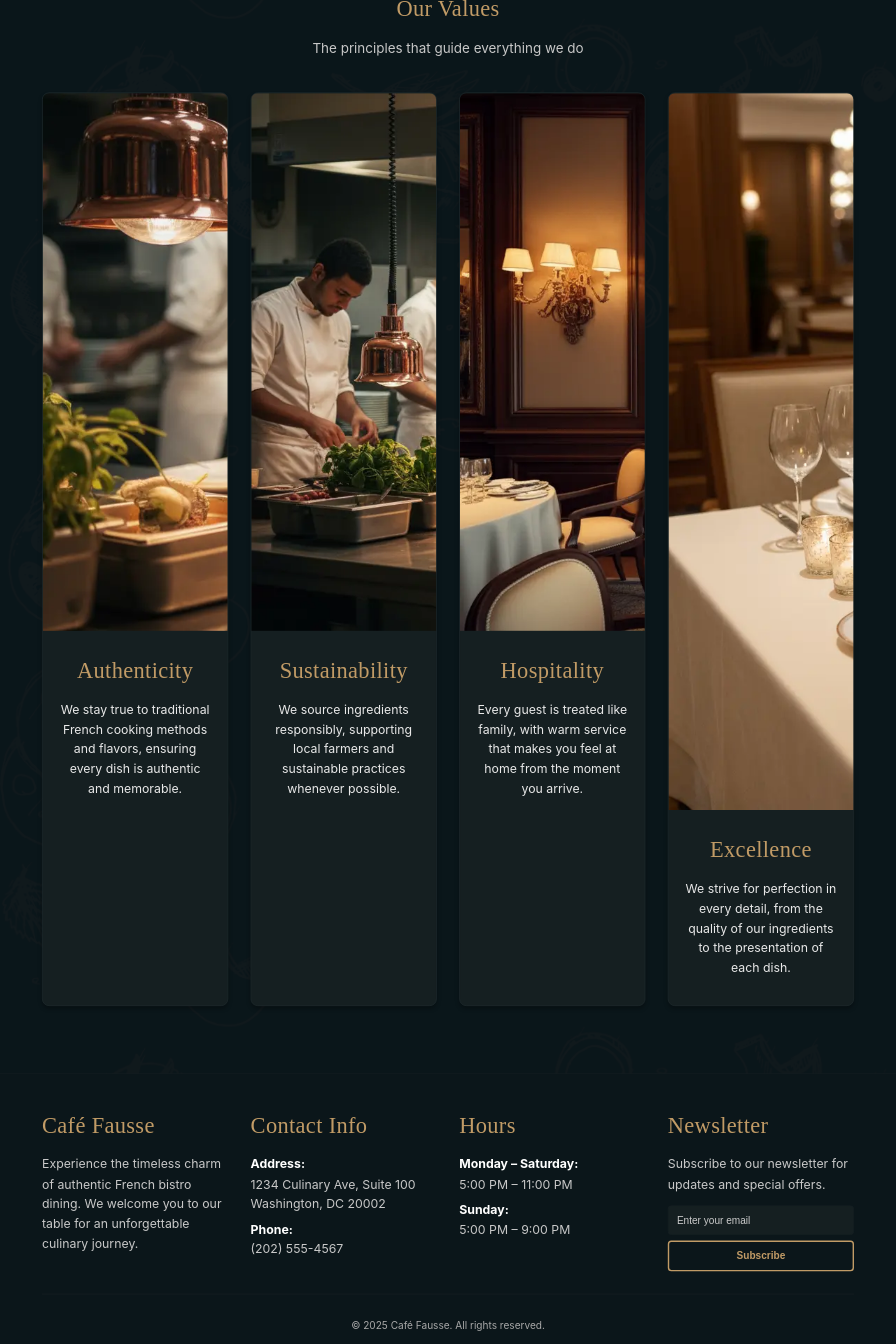
Repository: MatVanDenArt/MSSE-Cafe-Fausse
Page: /about (app in frontend/)
These files come from the project's save history. The page is drawn as it stood at one moment and after the next save; the edit follows.
The browser window is 1280 px wide. The pictures show the part of the page from y = 2923 to 4843 px (the page is 4843 px tall before and 4830 px after), at 70% of full size.
Backgrounds fixed to the window are drawn as part of the page. The project was rebuilt for these pictures with package versions that can differ from the ones it lists, and the page was loaded fresh each time. Also part of the build but not shown: frontend/src/pages/Home.css, frontend/src/pages/Home.js, frontend/src/pages/Menu.css, frontend/src/pages/Menu.js, frontend/src/pages/Reservations.css, frontend/src/pages/Reservations.js, frontend/src/pages/Gallery.css, frontend/src/pages/Gallery.js.

Above is the page before, as saved 2025-11-04 17:18:37.

### frontend/src/App.js
import React from "react";
import { BrowserRouter as Router, Routes, Route } from "react-router-dom";
import "./App.css";

// Import components
import Header from "./components/Header";
import Footer from "./components/Footer";
import Home from "./pages/Home";
import Menu from "./pages/Menu";
import Reservations from "./pages/Reservations";
import About from "./pages/About";
import Gallery from "./pages/Gallery";

function App() {
  return (
    <Router>
      <div className="App">
        <Header />
        <main className="main-content">
          <Routes>
            <Route path="/" element={<Home />} />
            <Route path="/menu" element={<Menu />} />
            <Route path="/reservations" element={<Reservations />} />
            <Route path="/about" element={<About />} />
            <Route path="/gallery" element={<Gallery />} />
          </Routes>
        </main>
        <Footer />
      </div>
    </Router>
  );
}

export default App;

### frontend/src/App.css
/* Global Styles */
* {
  margin: 0;
  padding: 0;
  box-sizing: border-box;
}

@import url("https://fonts.googleapis.com/css2?family=Dancing+Script:wght@400;500;600;700&family=Cormorant+Garamond:ital,wght@0,300;0,400;0,500;0,600;0,700;1,300;1,400;1,500;1,600&family=Inter:wght@300;400;500;600&family=Source+Sans+Pro:ital,wght@0,300;0,400;0,600;1,300;1,400&display=swap");

body {
  font-family: "Inter", "Source Sans Pro", "Helvetica Neue", "Arial", sans-serif;
  line-height: 1.6;
  color: #e8e8e8;
  background-color: #0b161a;
  font-weight: 400;
  padding-top: 70px; /* Account for fixed header */
}

/* Remove padding-top for home page since hero handles spacing */
.home {
  padding-top: 0;
}

.App {
  min-height: 100vh;
  display: flex;
  flex-direction: column;
}

.main-content {
  flex: 1;
}

/* Typography */
h1,
h2,
h3,
h4,
h5,
h6 {
  font-family: "Cormorant Garamond", "EB Garamond", "Georgia", "Times New Roman",
    serif;
  font-weight: 500;
  margin-bottom: 1rem;
  letter-spacing: 0.5px;
}

h1 {
  font-size: 2.5rem;
  color: #c19b66;
  font-family: "Dancing Script", "Cormorant Garamond", serif;
  font-weight: 600;
}

h2 {
  font-size: 2rem;
  color: #c19b66;
  font-family: "Dancing Script", "Cormorant Garamond", serif;
  font-weight: 600;
}

h3 {
  font-size: 2rem;
  color: #c19b66;
  font-family: "Dancing Script", "Cormorant Garamond", serif;
  font-weight: 500;
}

p {
  margin-bottom: 1rem;
  font-size: 1.1rem;
  font-family: "Inter", "Source Sans Pro", "Helvetica Neue", "Arial", sans-serif;
}

/* Container */
.container {
  max-width: 1200px;
  margin: 0 auto;
  padding: 0 20px;
}

/* Grid System */
.grid {
  display: grid;
  gap: 2rem;
}

.grid-2 {
  grid-template-columns: repeat(auto-fit, minmax(300px, 1fr));
}

.grid-3 {
  grid-template-columns: repeat(auto-fit, minmax(250px, 1fr));
}

.grid-4 {
  grid-template-columns: repeat(auto-fit, minmax(200px, 1fr));
}

/* Flexbox Utilities */
.flex {
  display: flex;
}

.flex-center {
  display: flex;
  justify-content: center;
  align-items: center;
}

.flex-between {
  display: flex;
  justify-content: space-between;
  align-items: center;
}

.flex-column {
  display: flex;
  flex-direction: column;
}

/* Buttons */
.btn {
  display: inline-block;
  padding: 12px 24px;
  background-color: #c19b66;
  color: #0b161a;
  text-decoration: none;
  border: none;
  border-radius: 5px;
  font-size: 1rem;
  font-weight: 600;
  cursor: pointer;
  transition: all 0.3s ease;
  text-align: center;
}

.btn:hover {
  background-color: #b08a55;
  transform: translateY(-2px);
  box-shadow: 0 4px 12px rgba(193, 155, 102, 0.4);
}

.btn-secondary {
  background-color: transparent;
  color: #c19b66;
  border: 2px solid #c19b66;
}

.btn-secondary:hover {
  background-color: #c19b66;
  color: #0b161a;
}

.btn-large {
  padding: 16px 32px;
  font-size: 1.1rem;
}

/* Forms */
.form-group {
  margin-bottom: 1.5rem;
}

.form-label {
  display: block;
  margin-bottom: 0.5rem;
  font-weight: 600;
  color: #c19b66;
}

.form-input,
.form-select,
.form-textarea {
  width: 100%;
  padding: 12px;
  border: 2px solid #151f21;
  border-radius: 5px;
  font-size: 1rem;
  transition: border-color 0.3s ease;
  background-color: #151f21;
  color: #e8e8e8;
}

.form-input:focus,
.form-select:focus,
.form-textarea:focus {
  outline: none;
  border-color: #c19b66;
  box-shadow: 0 0 0 3px rgba(193, 155, 102, 0.1);
}

.form-textarea {
  resize: vertical;
  min-height: 100px;
}

/* Cards */
.card {
  background: #151f21;
  border-radius: 10px;
  box-shadow: 0 4px 6px rgba(0, 0, 0, 0.3);
  overflow: hidden;
  border: 1px solid #1f2a2d;
}

.card-body {
  padding: 1.5rem;
}

.card-title {
  font-size: 1.25rem;
  margin-bottom: 0.5rem;
  color: #c19b66;
  font-family: "Dancing Script", "Cormorant Garamond", serif;
  font-weight: 500;
}

.card-text {
  color: #c8c8c8;
  margin-bottom: 1rem;
}

/* Images */
.img-responsive {
  width: 100%;
  height: auto;
  display: block;
}

.img-rounded {
  border-radius: 10px;
}

/* Sections */
.section {
  padding: 4rem 0;
}

.section-dark {
  background-color: #0b161a;
  color: white;
}

.section-light {
  background-color: #151f21;
}

.section-title {
  text-align: center;
  margin-bottom: 3rem;
}

.section-title h2 {
  font-size: 2.5rem;
  margin-bottom: 1rem;
}

.section-title p {
  font-size: 1.2rem;
  color: #c8c8c8;
  max-width: 600px;
  margin: 0 auto;
}

/* Hero Section - Moved to Home.css */

.hero-content h1 {
  font-size: 3.5rem;
  margin-bottom: 1rem;
  color: white;
}

.hero-content p {
  font-size: 1.3rem;
  margin-bottom: 2rem;
  max-width: 600px;
}

.hero-buttons {
  display: flex;
  gap: 1rem;
  justify-content: center;
  flex-wrap: wrap;
}

/* Navigation styles are in Header.css */

/* Footer */
.footer {
  background-color: #333;
  color: white;
  padding: 3rem 0 1rem;
}

.footer-content {
  display: grid;
  grid-template-columns: repeat(auto-fit, minmax(250px, 1fr));
  gap: 2rem;
  margin-bottom: 2rem;
}

.footer-section h3 {
  color: #8b4513;
  margin-bottom: 1rem;
}

.footer-bottom {
  text-align: center;
  padding-top: 2rem;
  border-top: 1px solid #555;
  color: #ccc;
}

/* Responsive Design */
@media (max-width: 768px) {
  .container {
    padding: 0 15px;
  }

  .hero-content h1 {
    font-size: 2.5rem;
  }

  .hero-content p {
    font-size: 1.1rem;
  }

  .hero-buttons {
    flex-direction: column;
    align-items: center;
  }

  /* Navigation responsive styles are in Header.css */

  .grid-2,
  .grid-3,
  .grid-4 {
    grid-template-columns: 1fr;
  }

  h1 {
    font-size: 2rem;
  }

  h2 {
    font-size: 1.5rem;
  }
}

@media (max-width: 480px) {
  .hero-content h1 {
    font-size: 2rem;
  }

  .section {
    padding: 2rem 0;
  }

  .btn {
    padding: 10px 20px;
    font-size: 0.9rem;
  }
}

/* Utility Classes */
.text-center {
  text-align: center;
}

.text-left {
  text-align: left;
}

.text-right {
  text-align: right;
}

.mb-1 {
  margin-bottom: 0.5rem;
}
.mb-2 {
  margin-bottom: 1rem;
}
.mb-3 {
  margin-bottom: 1.5rem;
}
.mb-4 {
  margin-bottom: 2rem;
}

.mt-1 {
  margin-top: 0.5rem;
}
.mt-2 {
  margin-top: 1rem;
}
.mt-3 {
  margin-top: 1.5rem;
}
.mt-4 {
  margin-top: 2rem;
}

.p-1 {
  padding: 0.5rem;
}
.p-2 {
  padding: 1rem;
}
.p-3 {
  padding: 1.5rem;
}
.p-4 {
  padding: 2rem;
}

.hidden {
  display: none;
}

.visible {
  display: block;
}

### frontend/src/components/Header.js
import React, { useState, useEffect } from "react";
import { Link, useLocation } from "react-router-dom";
import "./Header.css";

const Header = () => {
  const [isMenuOpen, setIsMenuOpen] = useState(false);
  const location = useLocation();

  const toggleMenu = () => {
    setIsMenuOpen(!isMenuOpen);
  };

  const closeMenu = () => {
    setIsMenuOpen(false);
  };

  // Close menu when route changes
  useEffect(() => {
    closeMenu();
  }, [location]);

  // Close menu when clicking outside and prevent body scroll
  useEffect(() => {
    const handleClickOutside = (event) => {
      if (isMenuOpen && !event.target.closest(".nav")) {
        closeMenu();
      }
    };

    if (isMenuOpen) {
      document.addEventListener("click", handleClickOutside);
      document.body.style.overflow = "hidden"; // Prevent body scroll
    } else {
      document.body.style.overflow = "unset"; // Restore body scroll
    }

    return () => {
      document.removeEventListener("click", handleClickOutside);
      document.body.style.overflow = "unset"; // Cleanup
    };
  }, [isMenuOpen]);

  const isActive = (path) => {
    return location.pathname === path ? "active" : "";
  };

  return (
    <nav className="nav">
      <div className="container">
        <div className="nav-container">
          <Link to="/" className="nav-logo" onClick={closeMenu}>
            <img
              src="/images/Logo - Cafe Fausse.png"
              alt="Café Fausse Logo"
              className="nav-logo-img"
            />
            <span className="nav-logo-text">Café Fausse</span>
          </Link>

          <div className={`nav-menu ${isMenuOpen ? "nav-menu-open" : ""}`}>
            <Link
              to="/"
              className={`nav-link ${isActive("/")}`}
              onClick={closeMenu}
            >
              Home
            </Link>
            <Link
              to="/menu"
              className={`nav-link ${isActive("/menu")}`}
              onClick={closeMenu}
            >
              Menu
            </Link>
            <Link
              to="/reservations"
              className={`nav-link ${isActive("/reservations")}`}
              onClick={closeMenu}
            >
              Reservations
            </Link>
            <Link
              to="/about"
              className={`nav-link ${isActive("/about")}`}
              onClick={closeMenu}
            >
              About Us
            </Link>
            <Link
              to="/our-chefs"
              className={`nav-link ${isActive("/our-chefs")}`}
              onClick={closeMenu}
            >
              Our Chefs
            </Link>
            <Link
              to="/gallery"
              className={`nav-link ${isActive("/gallery")}`}
              onClick={closeMenu}
            >
              Gallery
            </Link>
          </div>

          <button
            className={`nav-toggle ${isMenuOpen ? "open" : ""}`}
            onClick={toggleMenu}
            aria-label="Toggle navigation menu"
          >
            <span className="nav-toggle-line"></span>
            <span className="nav-toggle-line"></span>
            <span className="nav-toggle-line"></span>
          </button>
        </div>
      </div>
    </nav>
  );
};

export default Header;

### frontend/src/components/Header.css
.nav {
  background-color: #0b161a;
  box-shadow: 0 2px 10px rgba(0, 0, 0, 0.3);
  position: fixed;
  top: 0;
  left: 0;
  right: 0;
  z-index: 1000;
  border-bottom: 1px solid #151f21;
}

.nav-container {
  display: flex;
  justify-content: space-between;
  align-items: center;
  padding: 1rem 0;
}

.nav-logo {
  display: flex;
  align-items: center;
  gap: 0.5rem;
  text-decoration: none;
  font-family: "Cormorant Garamond", "EB Garamond", "Georgia", "Times New Roman",
    serif;
  font-weight: 500;
  letter-spacing: 0.5px;
}

.nav-logo-img {
  height: 40px;
  width: auto;
}

.nav-logo-text {
  font-size: 1.5rem;
  font-weight: bold;
  color: #c19b66;
  font-family: "Dancing Script", "Cormorant Garamond", serif;
}

.nav-logo:hover .nav-logo-text {
  color: #c19b66;
}

.nav-menu {
  display: flex;
  list-style: none;
  gap: 2rem;
  margin: 0;
  padding: 0;
}

.nav-link {
  color: #e8e8e8;
  text-decoration: none;
  font-weight: 500;
  transition: color 0.3s ease;
  padding: 0.5rem 0;
  position: relative;
}

.nav-link:hover,
.nav-link.active {
  color: #c19b66;
}

.nav-link.active::after {
  content: "";
  position: absolute;
  bottom: 0;
  left: 0;
  right: 0;
  height: 2px;
  background-color: #c19b66;
}

.nav-toggle {
  display: none;
  flex-direction: column;
  background: none;
  border: none;
  cursor: pointer;
  padding: 0.5rem;
}

.nav-toggle-line {
  width: 25px;
  height: 3px;
  background-color: #c19b66;
  margin: 3px 0;
  transition: 0.3s;
}

/* Mobile Navigation */
@media (max-width: 768px) {
  .nav-toggle {
    display: flex;
  }

  .nav-menu {
    position: fixed;
    top: 70px;
    left: 0;
    right: 0;
    background-color: #0b161a;
    flex-direction: column;
    padding: 2rem;
    box-shadow: 0 2px 10px rgba(0, 0, 0, 0.3);
    transform: translateY(-100%);
    opacity: 0;
    visibility: hidden;
    transition: all 0.3s ease;
    z-index: 999;
    border-top: 1px solid #151f21;
  }

  .nav-menu-open {
    transform: translateY(0);
    opacity: 1;
    visibility: visible;
  }

  .nav-link {
    padding: 1rem 0;
    border-bottom: 1px solid #151f21;
    text-align: center;
    color: #e8e8e8;
  }

  .nav-link:last-child {
    border-bottom: none;
  }

  .nav-link:hover,
  .nav-link.active {
    color: #c19b66;
  }

  .nav-toggle.open .nav-toggle-line:nth-child(1) {
    transform: rotate(45deg) translate(5px, 5px);
  }

  .nav-toggle.open .nav-toggle-line:nth-child(2) {
    opacity: 0;
  }

  .nav-toggle.open .nav-toggle-line:nth-child(3) {
    transform: rotate(-45deg) translate(7px, -6px);
  }
}

### frontend/src/components/Footer.css
.footer {
  background-color: #0b161a;
  color: #e8e8e8;
  padding: 3rem 0 1rem;
  margin-top: auto;
  border-top: 1px solid #151f21;
}

.footer-content {
  display: grid;
  grid-template-columns: repeat(auto-fit, minmax(250px, 1fr));
  gap: 2rem;
  margin-bottom: 2rem;
}

.footer-section h3 {
  color: #c19b66;
  margin-bottom: 1rem;
  font-size: 2rem;
  font-family: "Cormorant Garamond", "Times New Roman", serif;
  font-weight: 500;
  letter-spacing: 0.5px;
}

.footer-section p {
  margin-bottom: 0.5rem;
  line-height: 1.6;
  color: #c8c8c8;
}

.footer-section strong {
  color: white;
}

.newsletter-form {
  display: flex;
  flex-direction: column;
  gap: 0.5rem;
  margin-top: 1rem;
}

.newsletter-input {
  padding: 0.75rem;
  border: 1px solid #151f21;
  border-radius: 5px;
  background-color: #151f21;
  color: #e8e8e8;
  font-size: 0.9rem;
}

.newsletter-input::placeholder {
  color: #ccc;
}

.newsletter-input:focus {
  outline: none;
  border-color: #c19b66;
}

.newsletter-btn {
  padding: 0.75rem;
  font-size: 0.9rem;
  border: 2px solid #c19b66;
  background-color: transparent;
  color: #c19b66;
}

.newsletter-btn:hover {
  background-color: #c19b66;
  color: #0b161a;
}

.newsletter-btn:disabled {
  opacity: 0.6;
  cursor: not-allowed;
}

.newsletter-success {
  background-color: #4caf50;
  padding: 1rem;
  border-radius: 5px;
  text-align: center;
  margin-top: 1rem;
}

.newsletter-success p {
  margin: 0;
  color: white;
  font-weight: 600;
}

.footer-bottom {
  text-align: center;
  padding-top: 2rem;
  border-top: 1px solid #151f21;
  color: #a8a8a8;
}

.footer-bottom p {
  margin: 0;
  font-size: 0.9rem;
}

@media (max-width: 768px) {
  .footer {
    padding: 2rem 0 1rem;
  }

  .footer-content {
    grid-template-columns: 1fr;
    gap: 1.5rem;
  }

  .newsletter-form {
    flex-direction: column;
  }
}

### frontend/src/pages/About.css
.about {
  padding: 2rem 0;
  position: relative;
  background-color: #0b161a;
}

.about::before {
  content: "";
  position: absolute;
  top: 0;
  left: 0;
  right: 0;
  bottom: 0;
  background-color: rgba(11, 22, 26, 0.7);
  z-index: 0;
}

.about > .container {
  position: relative;
  z-index: 1;
}

.about-section {
  margin-bottom: 4rem;
}

.about-content {
  display: grid;
  grid-template-columns: 1fr 1fr;
  gap: 3rem;
  align-items: start;
  margin-bottom: 3rem;
}

.about-content.reverse {
  direction: rtl;
}

.about-content.reverse > * {
  direction: ltr;
}

.about-text h3 {
  color: #8b4513;
  font-size: 2rem;
  margin-bottom: 1.5rem;
  font-family: "Dancing Script", "Cormorant Garamond", serif;
  font-weight: 600;
}

.about-text p {
  font-size: 1.1rem;
  line-height: 1.7;
  margin-bottom: 1.5rem;
  color: #c8c8c8;
}

.about-image {
  text-align: center;
  display: flex;
  align-items: stretch;
  height: 100%;
}

.about-image img {
  width: 100%;
  height: 100%;
  object-fit: cover;
  object-position: center;
  border-radius: 15px;
  box-shadow: 0 8px 16px rgba(0, 0, 0, 0.1);
}

.about-text h4 {
  color: #a0522d;
  font-size: 1.2rem;
  margin-bottom: 1.5rem;
  font-weight: 500;
  font-family: "Inter", "Source Sans Pro", sans-serif;
}

.chef-quote {
  background: #0b161a;
  padding: 2rem;
  border-radius: 10px;
  border-left: 4px solid #8b4513;
  margin-top: 2rem;
  border: 1px solid #1f2a2d;
}

.chef-quote blockquote {
  font-size: 1.2rem;
  font-style: italic;
  color: #e8e8e8;
  margin-bottom: 1rem;
  line-height: 1.6;
}

.chef-quote cite {
  color: #8b4513;
  font-weight: 600;
  font-size: 1rem;
}

/* Awards Carousel Section */
.awards-carousel-section {
  margin: 4rem 0;
  width: 100%;
  max-width: 100%;
  position: relative;
  overflow-x: hidden;
  overflow-y: visible;
  display: flex;
  flex-direction: column;
  align-items: center;
}

.awards-header-container {
  max-width: 1200px;
  margin: 0 auto;
  padding: 0 20px;
}

.awards-carousel-wrapper {
  position: relative;
  width: 100%;
  max-width: 1920px;
  margin: 0 auto;
  overflow-x: hidden;
  overflow-y: visible;
  padding: 0;
}

.awards-carousel-container {
  display: flex;
  width: 100%;
  max-width: 1920px;
  overflow-x: auto;
  overflow-y: hidden;
  scroll-snap-type: none;
  scroll-behavior: auto;
  -webkit-overflow-scrolling: touch;
  scrollbar-width: none;
  -ms-overflow-style: none;
  padding: 0;
  scroll-padding: 0;
  will-change: scroll-position;
  margin: 0 auto;
}

.awards-carousel-container::-webkit-scrollbar {
  display: none;
}

.award-slide {
  flex: 0 0 45%;
  width: 45%;
  height: 500px;
  position: relative;
  scroll-snap-align: none;
  scroll-snap-stop: normal;
  margin-right: 0.25rem;
  overflow: hidden;
  box-shadow: 0 8px 16px rgba(0, 0, 0, 0.3);
  flex-shrink: 0;
  background-size: cover !important;
  background-position: center !important;
  background-repeat: no-repeat !important;
}

.award-slide:last-child {
  margin-right: 0;
}

.award-slide-overlay {
  position: absolute;
  top: 0;
  left: 0;
  width: 100%;
  height: 100%;
  background: rgba(0, 0, 0, 0.4);
  z-index: 1;
}

.award-slide-content {
  position: relative;
  z-index: 2;
  height: 100%;
  display: flex;
  flex-direction: column;
  align-items: center;
  justify-content: center;
  text-align: center;
  padding: 3rem;
  color: white;
}

.award-slide-content h4 {
  color: white; /* #C19B66;*/
  font-size: 2.5rem;
  margin-bottom: 1rem;
  font-family: "Dancing Script", "Cormorant Garamond", serif;
  font-weight: 600;
  text-shadow: 2px 2px 4px rgba(0, 0, 0, 0.5);
}

.award-slide-content .award-year {
  color: #c19b66;
  font-size: 1.5rem;
  font-weight: 600;
  margin-bottom: 1rem;
  letter-spacing: 2px;
  text-shadow: 1px 1px 3px rgba(0, 0, 0, 0.5);
}

.award-slide-content .award-description {
  color: #e8e8e8;
  font-size: 1.2rem;
  line-height: 1.6;
  max-width: 600px;
  text-shadow: 1px 1px 2px rgba(0, 0, 0, 0.5);
}

.carousel-indicators {
  position: absolute;
  bottom: 2rem;
  left: 50%;
  transform: translateX(-50%);
  display: flex;
  gap: 0.75rem;
  z-index: 10;
}

.indicator {
  width: 12px;
  height: 12px;
  border-radius: 50%;
  border: 2px solid white;
  background: transparent;
  cursor: default;
  transition: all 0.3s ease;
  pointer-events: none;
}

.indicator.active {
  background: #c19b66;
  border-color: #c19b66;
  width: 24px;
  border-radius: 6px;
}

@media (max-width: 968px) {
  .about-content {
    grid-template-columns: 1fr;
    gap: 2rem;
  }

  .about-content.reverse {
    direction: ltr;
  }
}

@media (max-width: 768px) {
  .about {
    padding: 1rem 0;
  }

  .about-section {
    margin-bottom: 3rem;
  }

  .about-text h3 {
    font-size: 1.5rem;
  }

  .about-text p {
    font-size: 1rem;
  }

  .chef-quote {
    padding: 1.5rem;
  }

  .chef-quote blockquote {
    font-size: 1.1rem;
  }

  .awards-carousel-container {
    padding: 0 7.5%;
    scroll-padding: 0 7.5%;
    scroll-snap-type: x mandatory;
    scroll-behavior: smooth;
  }

  .award-slide {
    flex: 0 0 85%;
    width: 85%;
    height: 450px;
    margin-right: 1rem;
    border-radius: 20px;
    overflow: hidden;
    box-shadow: 0 8px 16px rgba(0, 0, 0, 0.3);
    scroll-snap-align: center;
  }

  .award-slide:first-child {
    margin-left: 0;
  }

  .award-slide:last-child {
    margin-right: 0;
    padding-right: 7.5%;
  }

  .award-slide {
    border-radius: 20px;
  }

  .award-slide-content {
    padding: 2rem;
  }

  .award-slide-content h4 {
    font-size: 2rem;
  }

  .award-slide-content .award-year {
    font-size: 1.3rem;
  }

  .award-slide-content .award-description {
    font-size: 1rem;
  }

  .carousel-indicators {
    bottom: 1.5rem;
  }
}

@media (max-width: 480px) {
  .about-text h3 {
    font-size: 1.3rem;
  }

  .chef-quote {
    padding: 1rem;
  }

  .chef-quote blockquote {
    font-size: 1rem;
  }

  .awards-carousel-container {
    padding: 0 10%;
    scroll-padding: 0 10%;
    scroll-snap-type: x mandatory;
    scroll-behavior: smooth;
  }

  .award-slide {
    flex: 0 0 80%;
    width: 80%;
    height: 400px;
    margin-right: 1rem;
    scroll-snap-align: center;
  }

  .award-slide:last-child {
    padding-right: 10%;
  }

  .award-slide-content {
    padding: 1.5rem;
  }

  .award-slide-content h4 {
    font-size: 1.5rem;
    margin-bottom: 0.75rem;
  }

  .award-slide-content .award-year {
    font-size: 1.1rem;
    margin-bottom: 0.75rem;
  }

  .award-slide-content .award-description {
    font-size: 0.9rem;
  }

  .carousel-indicators {
    bottom: 1rem;
    gap: 0.5rem;
  }

  .indicator {
    width: 10px;
    height: 10px;
  }

  .indicator.active {
    width: 20px;
  }
}

Loaded but not shown: frontend/public/index.html (common file); frontend/src/index.js (common file); frontend/src/index.css (common file); frontend/src/reportWebVitals.js (common file); frontend/src/pages/About.js (557 lines, source omitted); frontend/src/components/Footer.js (119 lines, source omitted)

After the next save:
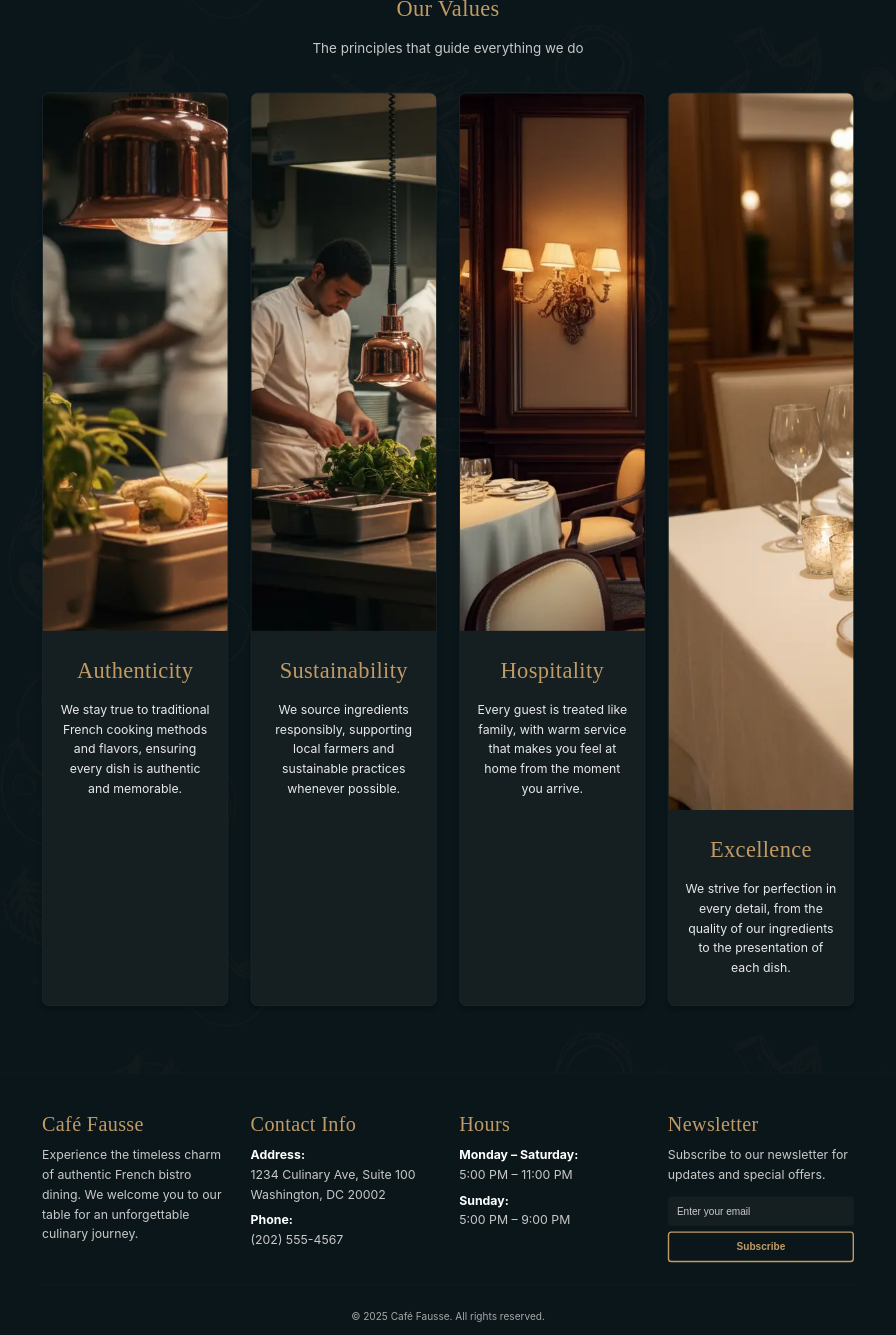
Saved 53 s later.
--- a/frontend/src/components/Footer.css
+++ b/frontend/src/components/Footer.css
@@ -15,8 +15,8 @@
 
 .footer-section h3 {
   color: #c19b66;
-  margin-bottom: 1rem;
-  font-size: 2rem;
+  margin-bottom: 0.5rem;
+  font-size: 1.8rem;
   font-family: "Cormorant Garamond", "Times New Roman", serif;
   font-weight: 500;
   letter-spacing: 0.5px;
